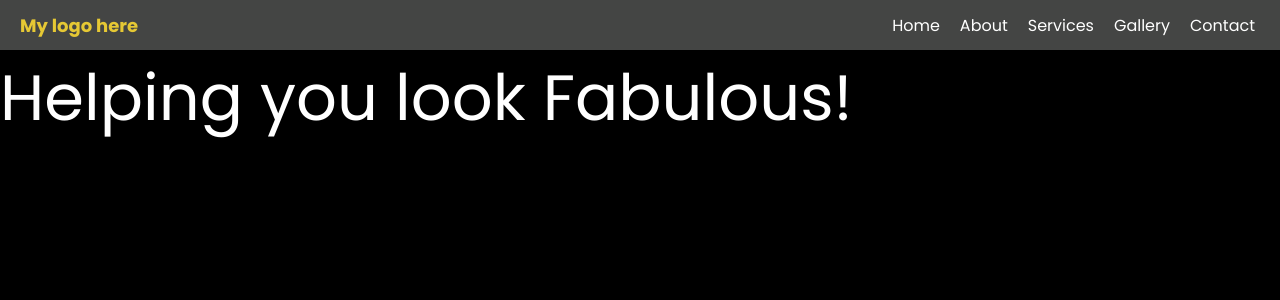
Repository: buzzedison/gardens
Page: index.html
These files come from the project's save history. The page is drawn as it stood at one moment and after the next save; the edit follows.
The browser window is 1280 px wide. The pictures show the whole page.

Above is the page before, as saved 2022-01-12 17:02:37.

After the next save:
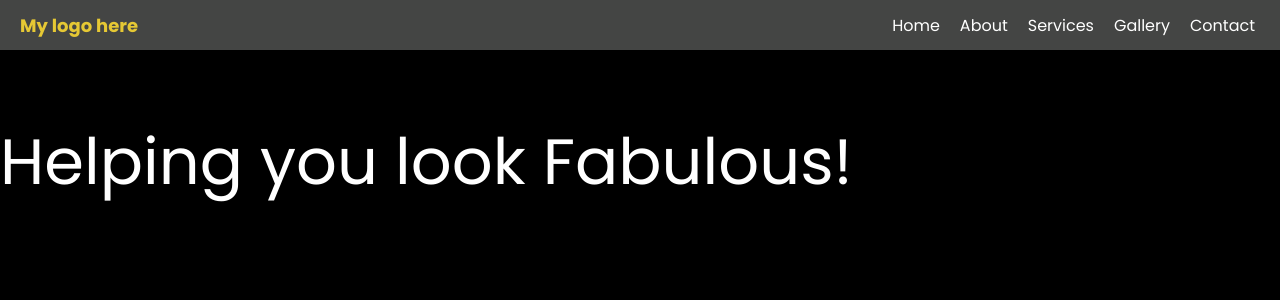
Saved 25 s later.
--- a/css/styles.css
+++ b/css/styles.css
@@ -125,4 +125,5 @@ ul li:hover {
 .section-title{
   color: white;
   font-size: 4em;
+  padding-top: 1em;
 }
